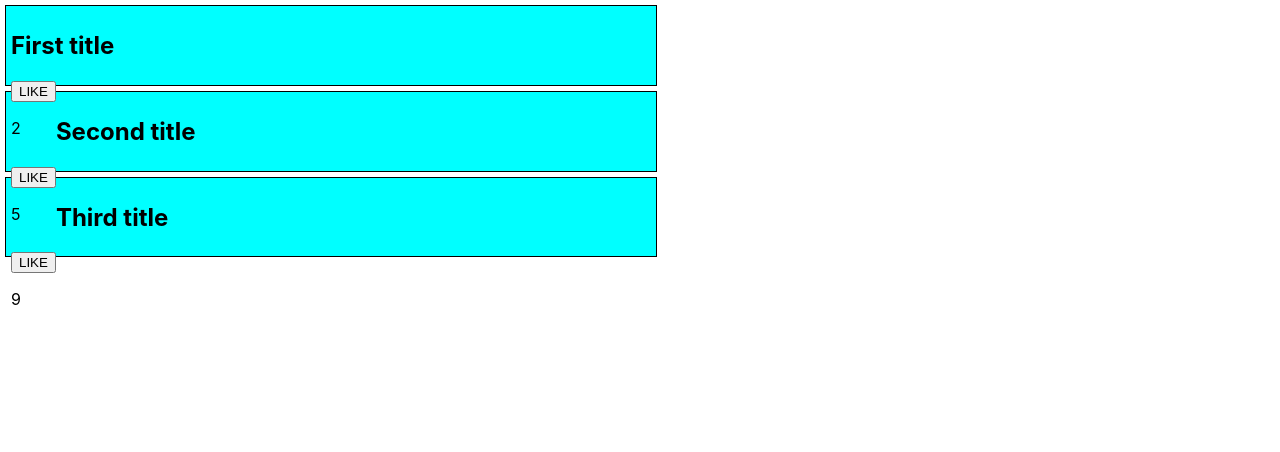
Repository: asapvtec98/egzamin
Page: /
These files come from the project's save history. The page is drawn as it stood at one moment and after the next save; the edit follows.
The browser window is 1280 px wide. The pictures show the whole page.
The project was rebuilt for these pictures with package versions that can differ from the ones it lists, and the page was loaded fresh each time.

Above is the page before, as saved 2023-11-14 09:34:08.

After the next save:
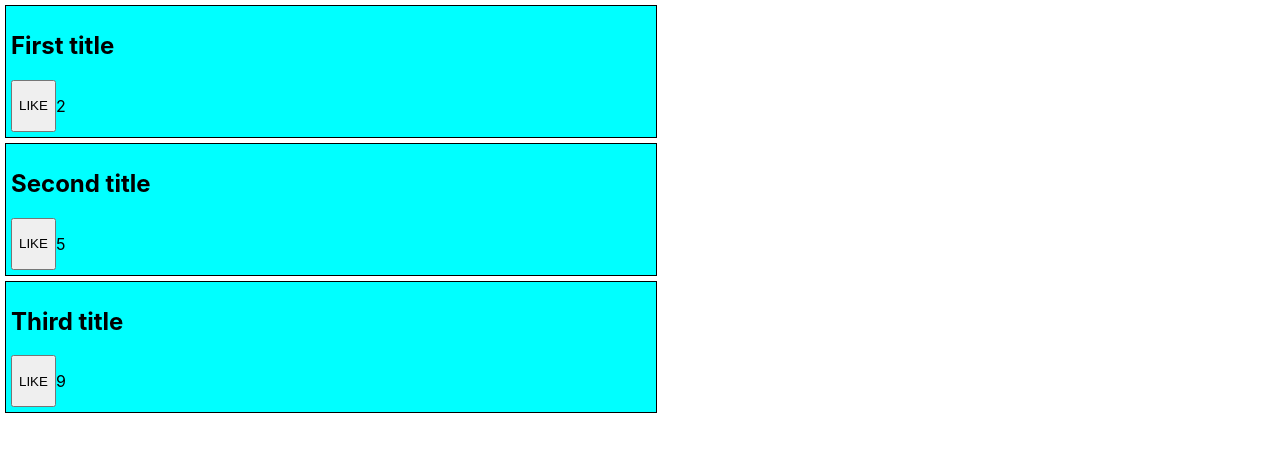
Saved 7 s later.
--- a/src/components/Comment.css
+++ b/src/components/Comment.css
@@ -7,5 +7,5 @@
 }
 
 .likes_section {
-    float: left;
+    display: flex;
 }
